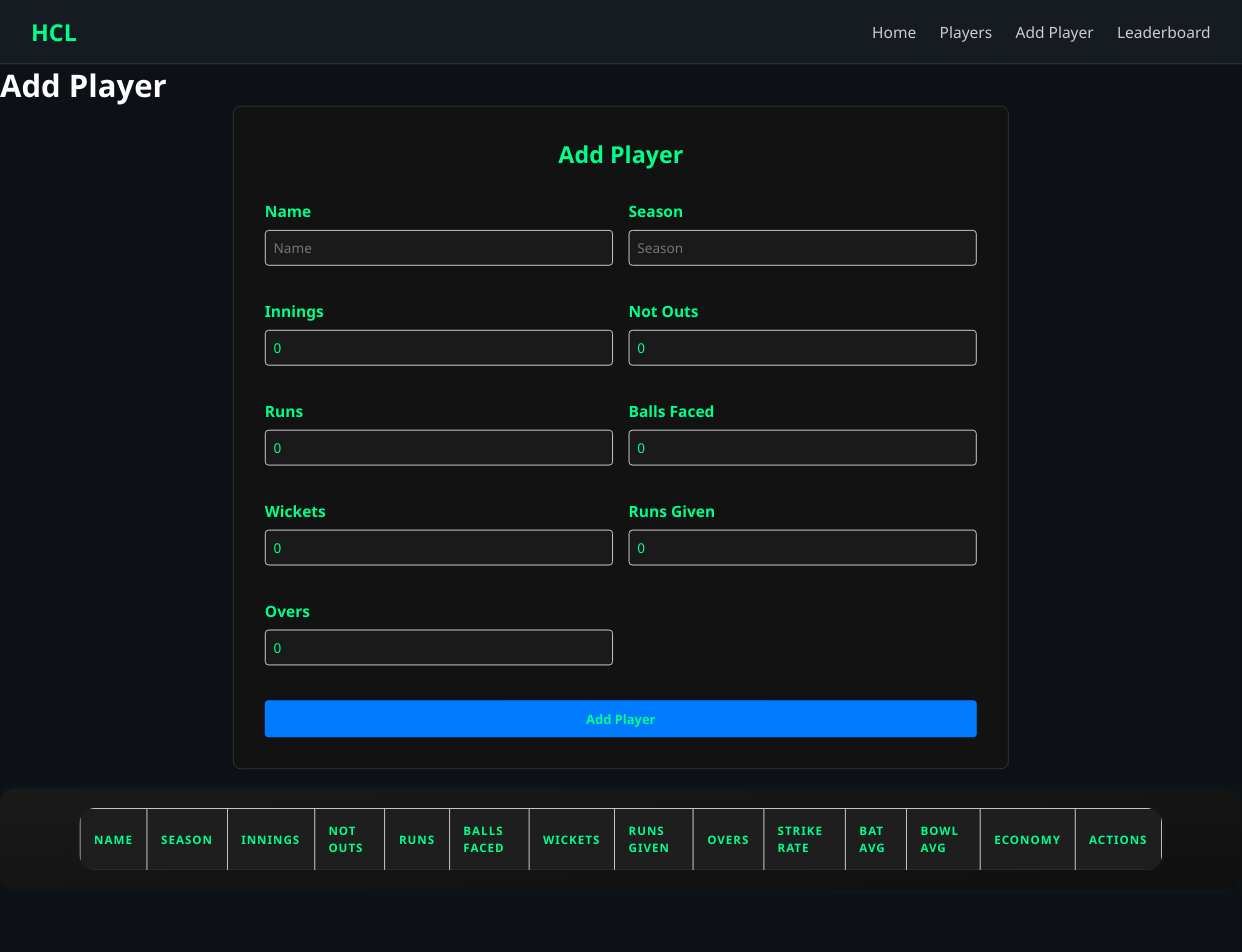
Repository: DanTastic-Dev/HCL
Page: /add (app in cricket-app/)
These files come from the project's save history. The page is drawn as it stood at one moment and after the next save; the edit follows.
The browser window is 1280 px wide. The pictures show the whole page, at 97% of full size.
The page's requests for data from a server got no answer. The project was rebuilt for these pictures with package versions that can differ from the ones it lists, and the page was loaded fresh each time. No one was signed in, and anything a server would have sent is missing. Also part of the build but not shown: cricket-app/src/components/TopPerformers.jsx, cricket-app/src/components/MiniLeaderboards.jsx, cricket-app/src/components/IntroAnimation.css, cricket-app/src/pages/HomePage.jsx, cricket-app/src/components/PlayerCard.jsx, cricket-app/src/pages/ViewPlayersPage.jsx, cricket-app/src/pages/LeaderboardPage.jsx, cricket-app/src/pages/EditPlayerPage.jsx.

Above is the page before, as saved 2025-06-18 16:17:48.

After the next save:
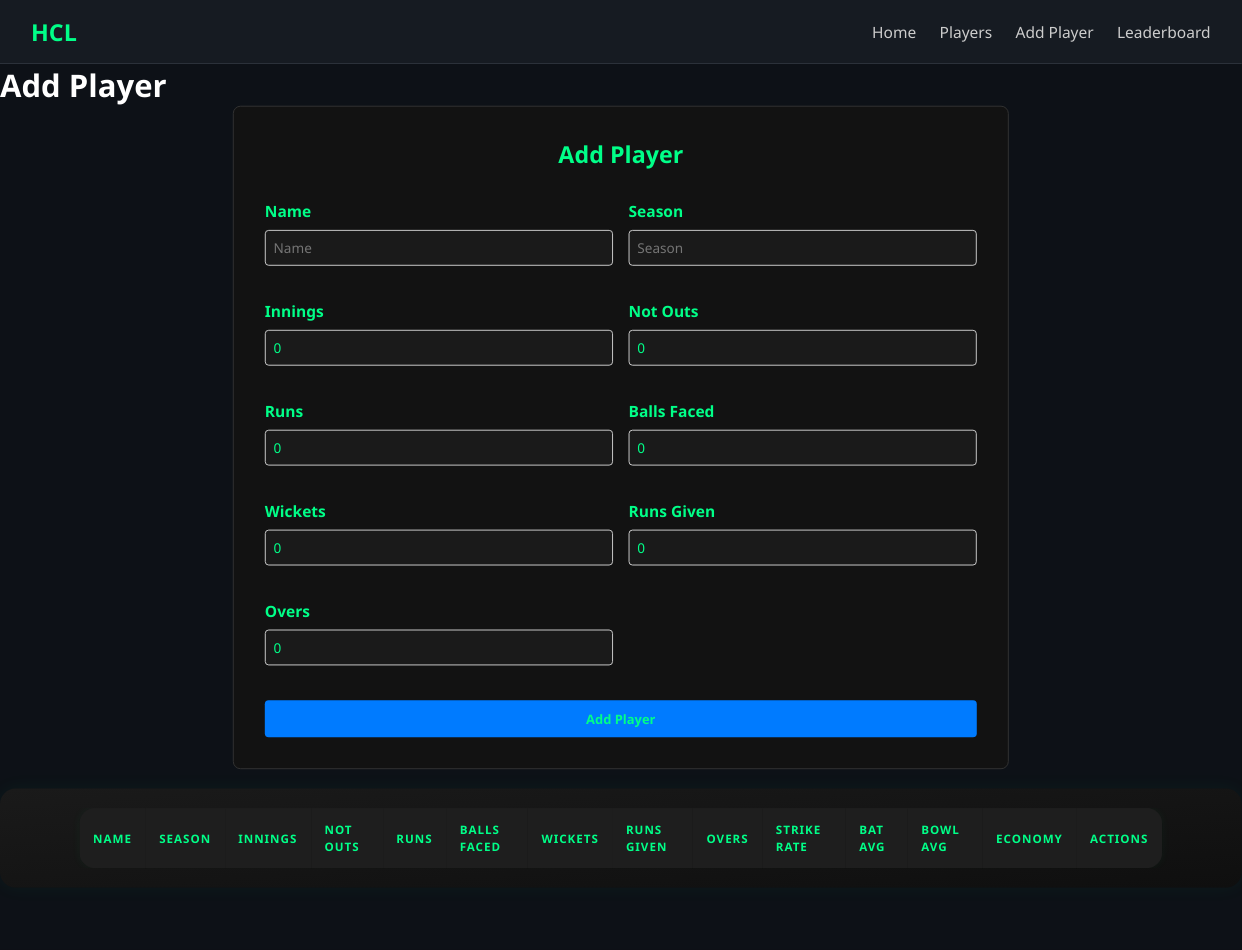
Saved 2 min 10 s later.
--- a/cricket-app/src/index.css
+++ b/cricket-app/src/index.css
@@ -64,3 +64,12 @@ body, html {
   font-family: 'Segoe UI', sans-serif;
   min-height: 100vh;
 }
+*:focus {
+  outline: none !important;
+  box-shadow: none !important;
+}
+
+th, td, table {
+  border: none !important;
+  outline: none !important;
+}
